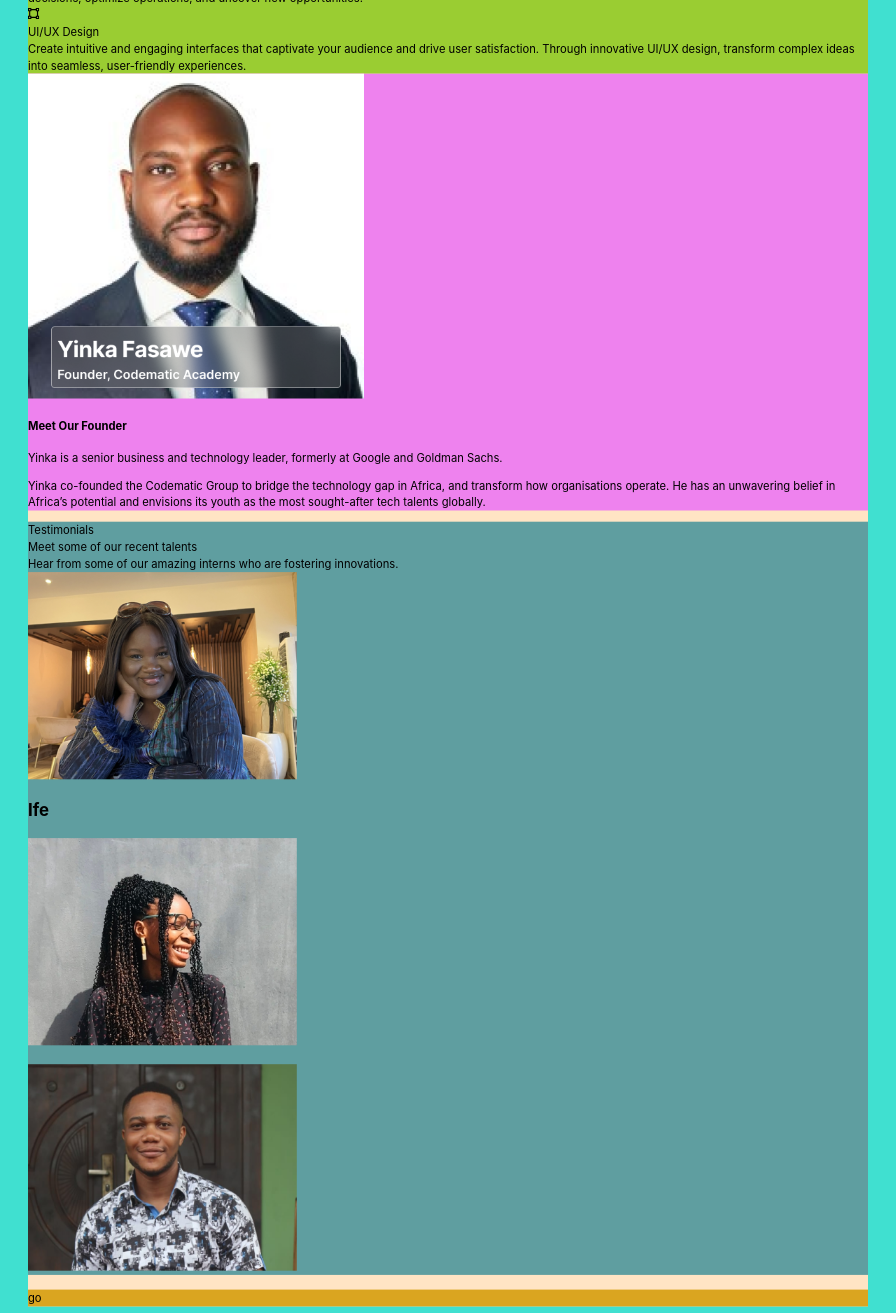
Repository: Gabriel221-dev/Codematic-page
Page: /
The author's editor kept a copy of each file at every save. The page is drawn from the files as they stood at one save, then again after the next save.
The browser window is 1280 px wide. The pictures show the part of the page from y = 2525 to 4445 px (the page is 4400 px tall before and 4445 px after), at 70% of full size.
The project was rebuilt for these pictures with package versions that can differ from the ones it lists, and the page was loaded fresh each time. Also part of the build but not shown: vite.config.js.

Above is the page before, as saved 2024-07-25 09:17:21.

After the next save:
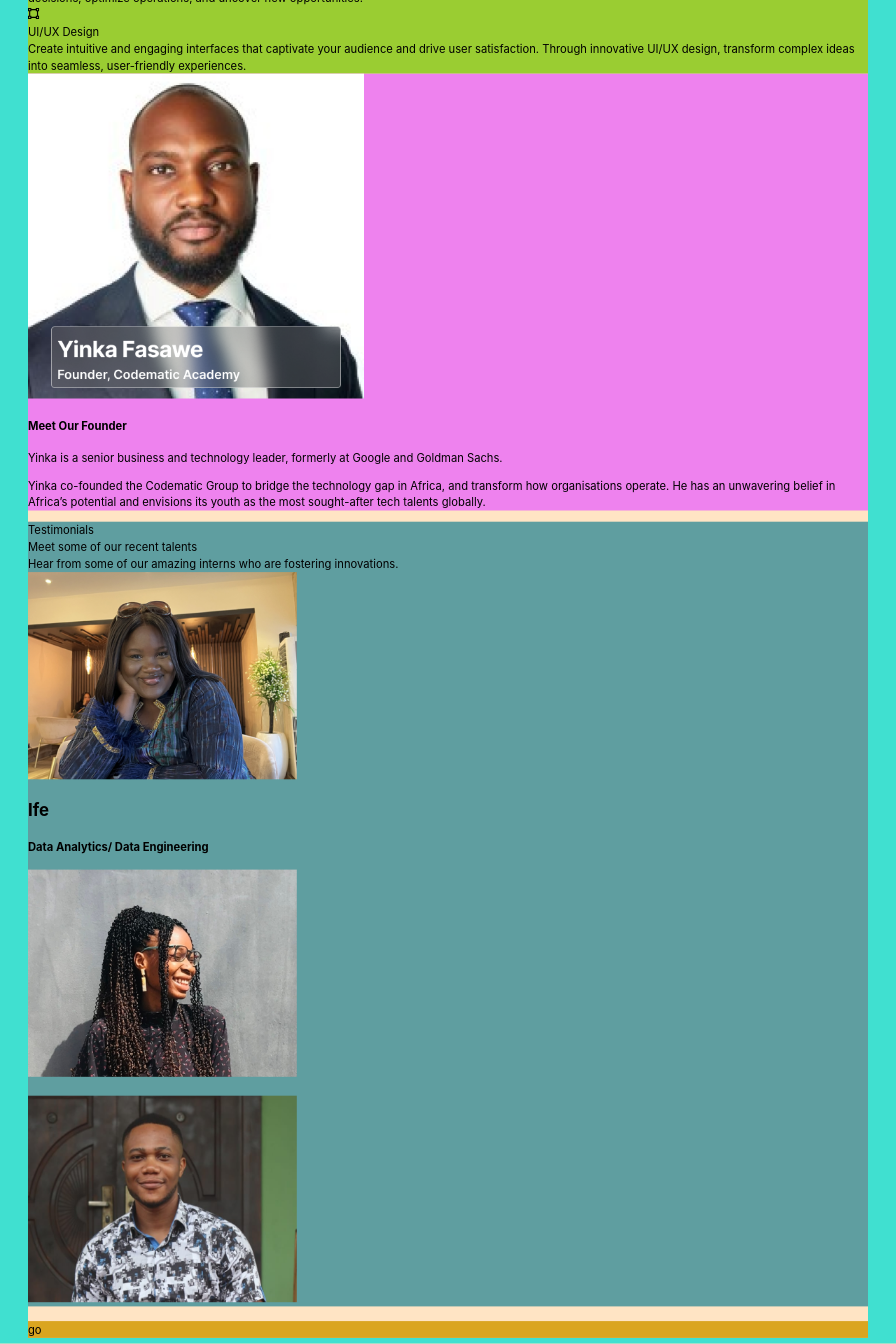
Saved 21 s later.
--- a/src/pages/home.jsx
+++ b/src/pages/home.jsx
@@ -207,7 +207,7 @@
                 <article>
                   <img src="/public/Images/ImageIfe.png" alt="" />
                   <h2>Ife</h2>
-                  <h1></h1>
+                  <h1>Data Analytics/ Data Engineering</h1>
                 </article>
                 <article>
                   <img src="/public/Images/ImageAYO.png" alt="" />
